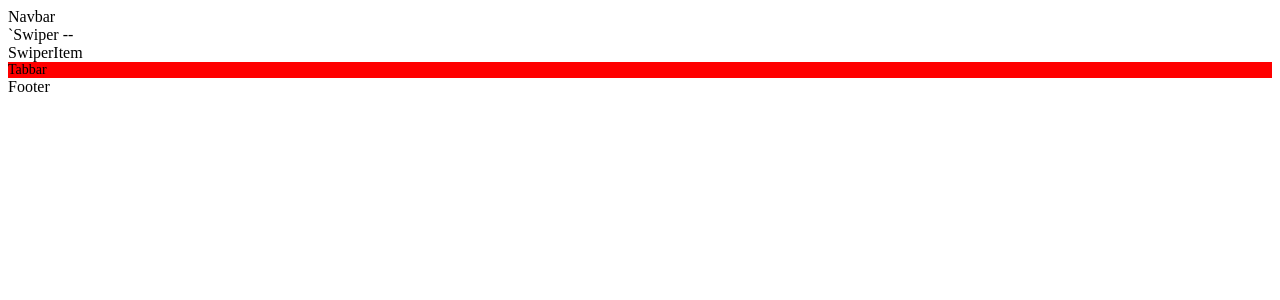
Repository: ysl200/111
Page: / (app in react/frontend/)
An editor plug-in stored every save of this project. The page is shown before and after the next save, followed by the edit.
The browser window is 1280 px wide. The pictures show the whole page.
The project was rebuilt for these pictures with package versions that can differ from the ones it lists, and the page was loaded fresh each time.

Above is the page before, as saved 2024-01-04 19:21:17.

After the next save:
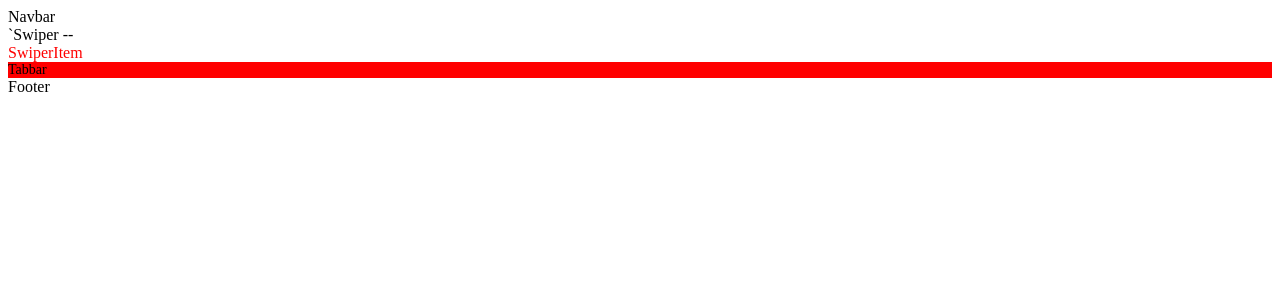
Saved 53 s later.
--- a/react/frontend/src/index.js
+++ b/react/frontend/src/index.js
@@ -2,6 +2,7 @@ import React, { Component } from "react";
 import { createRoot } from 'react-dom/client';
 
 
+const userStyle = { color: 'red', fontWeight: 200 };
 class Navbar extends Component {
   render() {
     return (
@@ -14,7 +15,7 @@ class Navbar extends Component {
 
 
 function SwiperItem(){
-  return <div>SwiperItem</div>
+  return <div style={userStyle}>SwiperItem</div>
 }
 
 function Swiper(){
